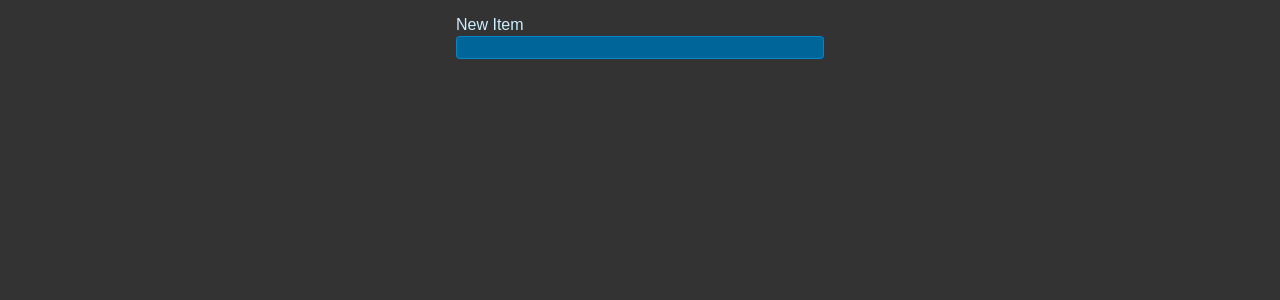
Repository: lvcg/react-todo-list-app
Page: /
These files come from the project's save history. The page is drawn as it stood at one moment and after a run of saves; the edit follows.
The browser window is 1280 px wide. The pictures show the whole page.
The project was rebuilt for these pictures with package versions that can differ from the ones it lists, and the page was loaded fresh each time. Also part of the build but not shown: vite.config.js.

Above is the page before, as saved 2024-02-23 13:21:14.

### src/App.jsx
import "./styles.css"

export default function App () {
  return <form className="new-item-form">
    <div className="form-row">
      <label htmlfor="item">New Item </label>
      <input type="text" id="item" />
    </div>

  </form>
}

Loaded but not shown: index.html (common file); src/main.jsx (common file); src/styles.css (common file)

After the next 5 saves:
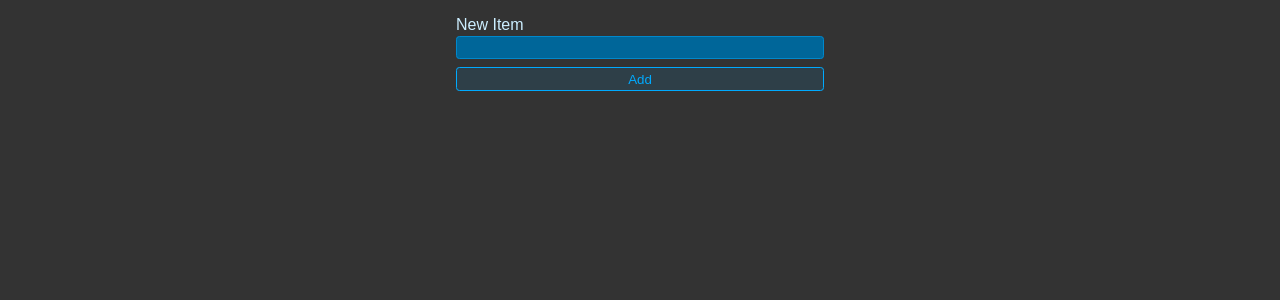
The 5 saves are shown as one change because they came seconds apart.
The last was saved 14 s later.
--- a/src/App.jsx
+++ b/src/App.jsx
@@ -6,6 +6,6 @@ export default function App () {
       <label htmlfor="item">New Item </label>
       <input type="text" id="item" />
     </div>
-
+    <button className="btn">Add </button>
   </form>
 }
